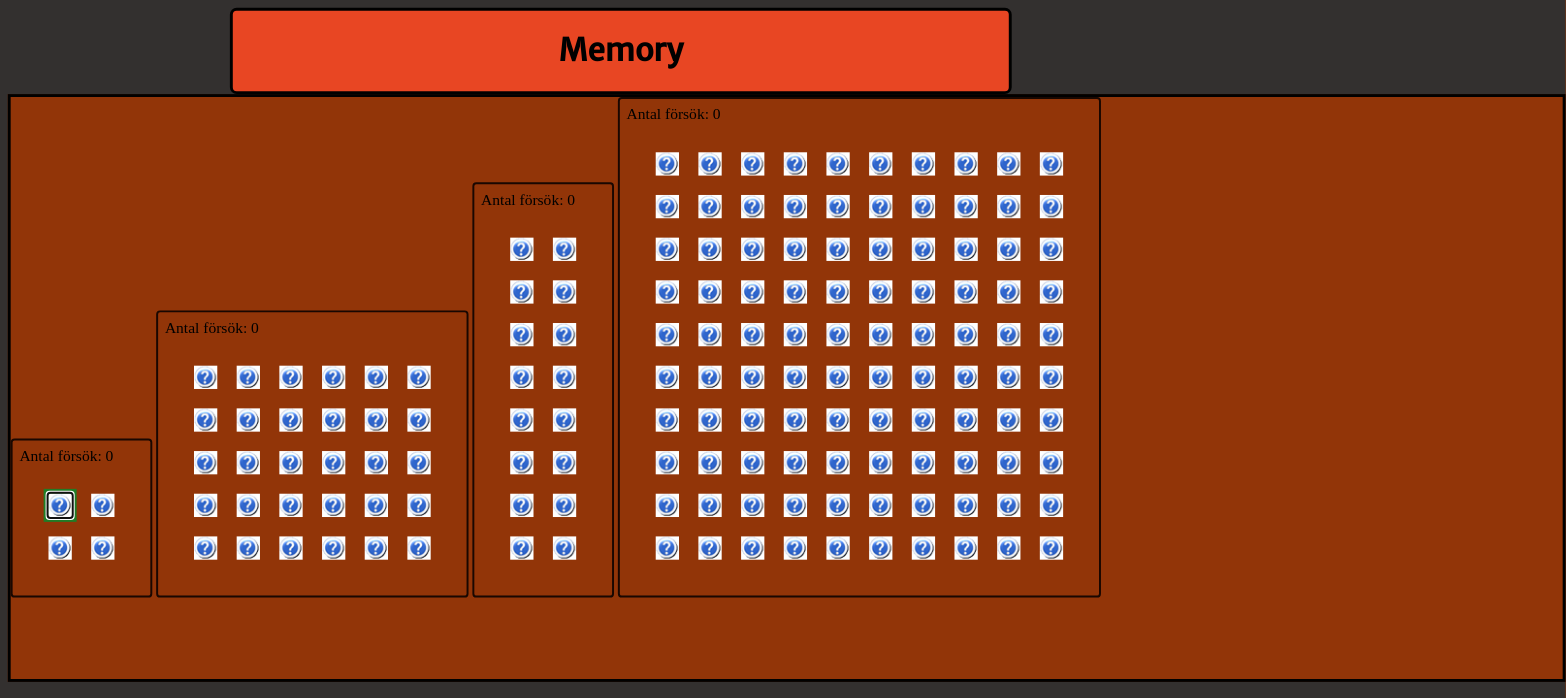
Repository: mi222eh/1dv403-laborationer
Page: 3-gameon/memory/index.html
The author's editor kept a record of every edit. The page is drawn from the files as they stood at one moment, then again after the next edit.
The browser window is 1280 px wide. The page is 1614 px wide, so the pictures cover 1614 px, including what lies to the right of the window. The pictures show the whole page, at 97% of full size.

Above is the page before.

After the next edit:
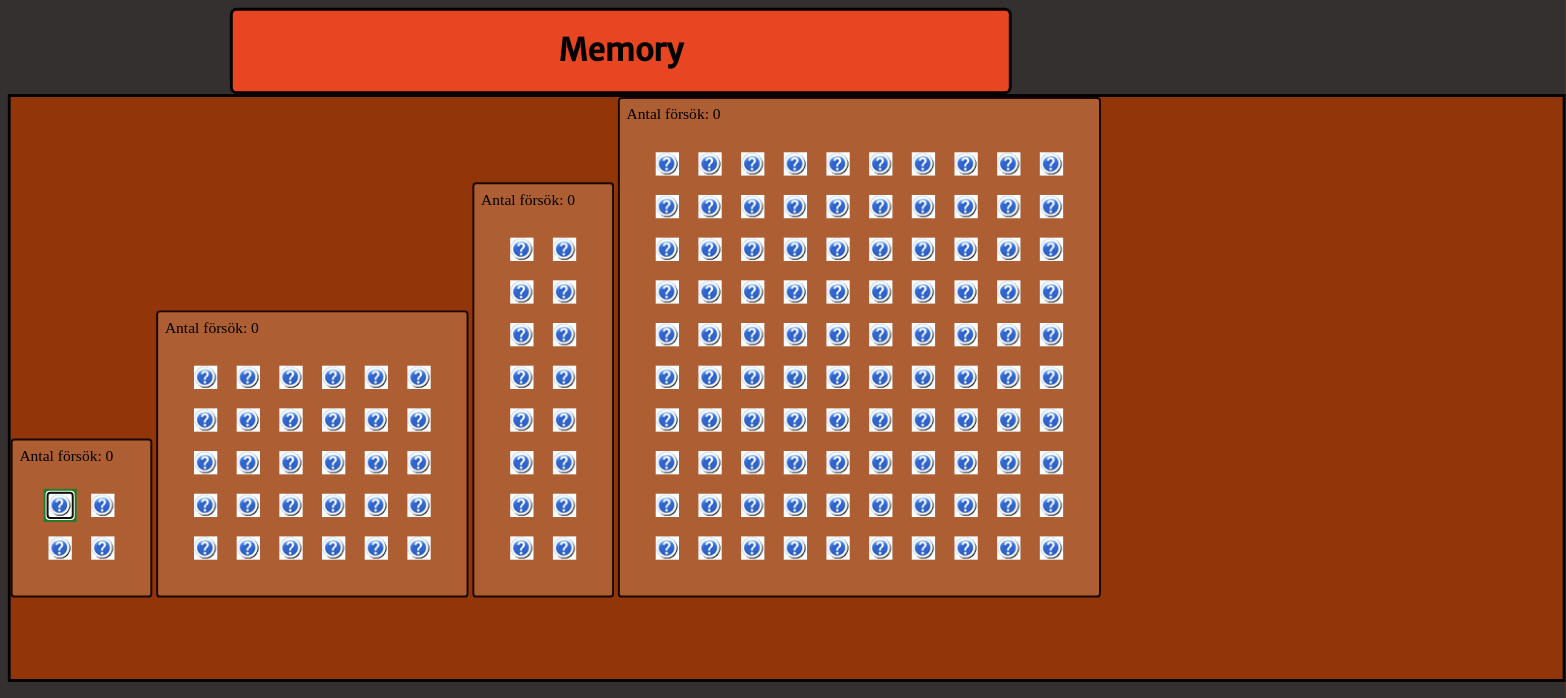
The edit:
--- a/3-gameon/memory/css/basic.css
+++ b/3-gameon/memory/css/basic.css
@@ -28,6 +28,7 @@
     border: solid #190701 2px;
     border-radius:4px;
     padding:7px;
+    background-color:#AD5E32;
 }
 
 .bricks{
